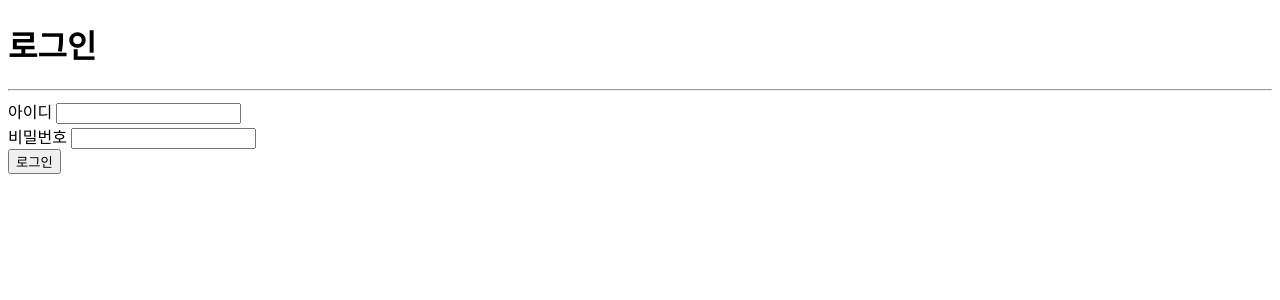
Repository: hhw9797/bitcampjn201904
Page: http://localhost/FirstWeb/cookie/member/loginForm.jsp
The author's editor kept a copy of each file at every save. The page is drawn from the files as they stood at one save, then again after the next save.
The browser window is 1280 px wide. The pictures show the whole page.
The page is served by Tomcat 9. Other server files are loaded and not shown.

Above is the page before, as saved 2019-06-25 07:50:31.

### html/html5/jsp/FirstWeb/WebContent/cookie/member/loginForm.jsp
<%@ page language="java" contentType="text/html; charset=UTF-8"
	pageEncoding="UTF-8"%>
<!DOCTYPE html>
<html>
<head>
<meta charset="UTF-8">
<title>Insert title here</title>
<script src="https://code.jquery.com/jquery-1.12.4.js"></script>
<style>
</style>
</head>
<body>

	<h1>로그인</h1>
	<hr>
	<form action="login.jsp" method="post">
		아이디 <input type="text" name="id"> <br>
		비밀번호 <input type="password" name="pw"> <br>
		<input type="submit" value="로그인">
	</form>

</body>
</html>

After the next save:
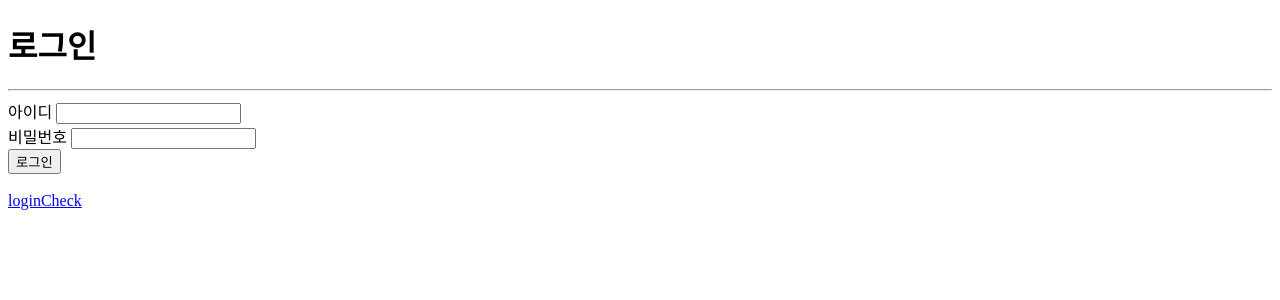
Saved 31 s later.
--- a/html/html5/jsp/FirstWeb/WebContent/cookie/member/loginForm.jsp
+++ b/html/html5/jsp/FirstWeb/WebContent/cookie/member/loginForm.jsp
@@ -19,5 +19,7 @@
 		<input type="submit" value="로그인">
 	</form>
 
+	<br>
+	<a href="loginCheck.jsp">loginCheck</a>
 </body>
 </html>
